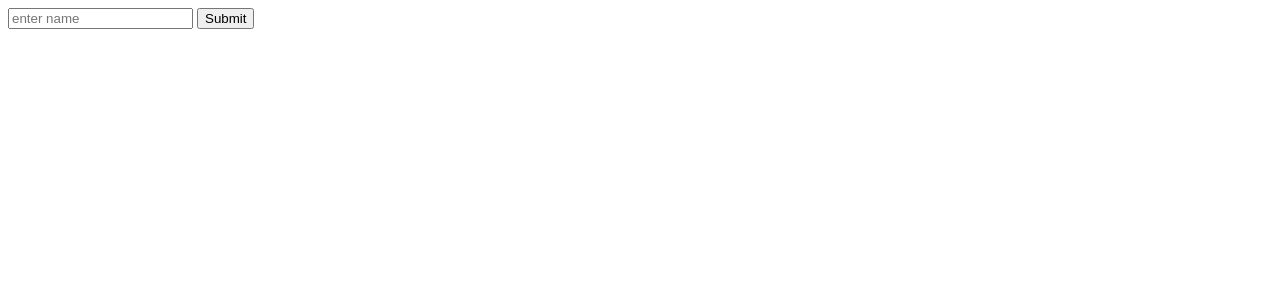
Repository: becoderpavy/servlet_tutorials
Page: 2_Creating_Servlet/src/main/webapp/home.html
An editor plug-in stored every save of this project. The page is shown before and after the next save, followed by the edit.
The browser window is 1280 px wide. The pictures show the whole page.

Above is the page before, as saved 2023-04-26 16:45:13.

### 2_Creating_Servlet/src/main/webapp/home.html

<!DOCTYPE html>
<html>
<head>
<meta charset="ISO-8859-1">
<title>Insert title here</title>
</head>
<body>

	<form action="emp2" method="Get">

		<input type="text" placeholder="enter name" name="fullName">
		<button type="submit">Submit</button>

	</form>
</body>
</html>

After the next save:
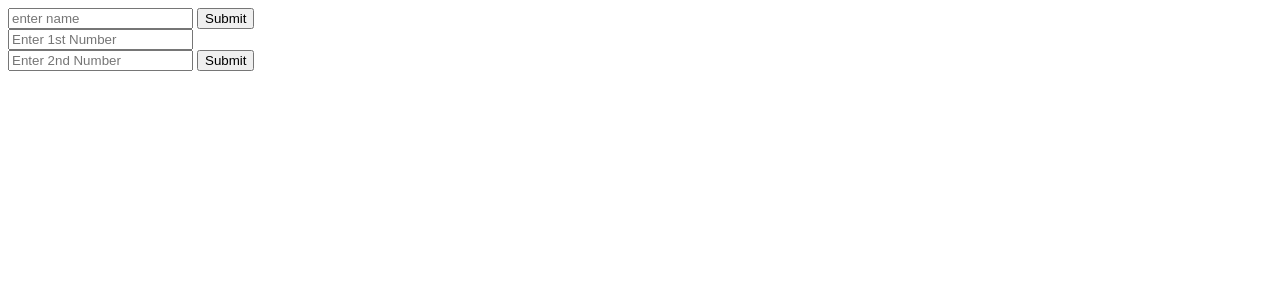
Saved 2 min 30 s later.
--- a/2_Creating_Servlet/src/main/webapp/home.html
+++ b/2_Creating_Servlet/src/main/webapp/home.html
@@ -13,5 +13,11 @@
 		<button type="submit">Submit</button>
 
 	</form>
+
+	<form action="sum">
+		<input type="text" name="num1" placeholder="Enter 1st Number"><br>
+		<input type="text" name="num1" placeholder="Enter 2nd Number">
+		<button type="submit">Submit</button>
+	</form>
 </body>
 </html>
